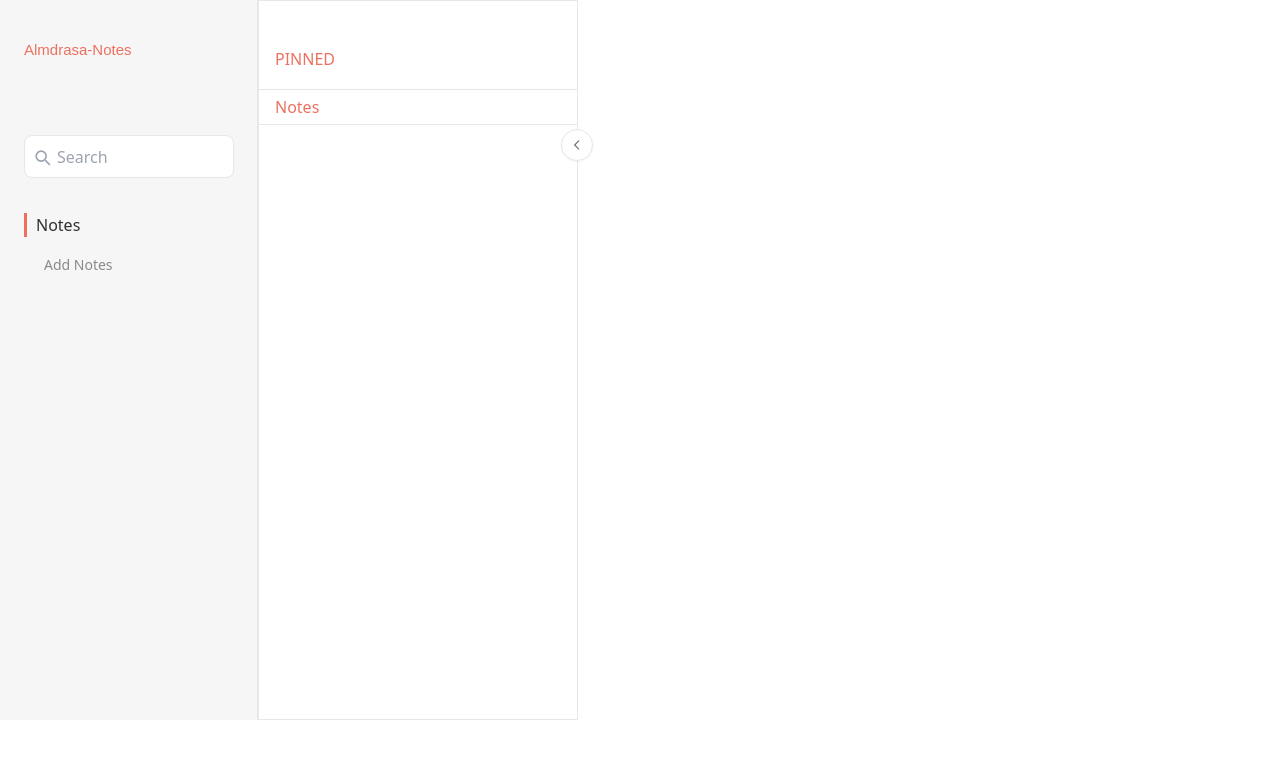
Repository: wafaa399/Note-App
Page: index.html
An editor plug-in stored every save of this project. The page is shown before and after the next save, followed by the edit.
The browser window is 1280 px wide. The pictures show the whole page.
Some web fonts or font styles are not loaded; a fallback is used. Some web libraries are served in a nearby version.

Above is the page before, as saved 2026-07-18 01:38:47.

### index.html
<!doctype html>
<html lang="en">
  <head>
    <meta charset="UTF-8" />
    <meta name="viewport" content="width=device-width, initial-scale=1.0" />
    <meta
      name="description"
      content="A notes application built with HTML, CSS, and JavaScript."
    />
    <meta name="keywords" content="notes, HTML, CSS, JavaScript" />
    <link rel="icon" href="/img/Logo.png" type="image/png" />
    <title>Note App</title>
    <script src="https://cdn.tailwindcss.com"></script>
    <link rel="preconnect" href="https://fonts.googleapis.com" />
    <link rel="preconnect" href="https://fonts.gstatic.com" crossorigin />
    <link
      href="https://fonts.googleapis.com/css2?family=Aclonica&display=swap"
      rel="stylesheet"
    />

    <script>
      tailwind.config = {
        theme: {
          extend: {
            fontFamily: {
              aclonica: ["Aclonica", "sans-serif"],
            },
          },
        },
      };
    </script>
  </head>
  <script
    type="module"
    src="https://unpkg.com/ionicons@7.1.0/dist/ionicons/ionicons.esm.js"
  ></script>

  <script
    nomodule
    src="https://unpkg.com/ionicons@7.1.0/dist/ionicons/ionicons.js"
  ></script>


  <body class="bg-gray-100 h-screen overflow-hidden text-sm text-gray-800">
    <div class="flex h-screen w-screen relative">
      <!--------SIDEBAR -------->
      <aside
        id="sidebar"
        class="bg-[#F6F6F6] border-r border-gray-200 flex-shrink-0 overflow-hidden pl-6 pt-10"
        style="width: 16.125rem"
      >
        <div class="w-[8.375rem] h-[1.0625rem]">
          <h1
            class="font-aclonica text-[0.9375rem] text-[#EC7160] font-normal mb-[4.7rem]"
          >
            Almdrasa-Notes
          </h1>

        <div class="relative mb-5 w-[13.125rem] h-[2.6875rem]">
  <input
    type="text"
    placeholder="Search"
    class="w-full h-full text-[1rem] border border-[#E7E7E9] rounded-lg pl-8 py-2 outline-none focus:ring-1 focus:ring-red-400"
  />

  <svg
    class="w-5 h-5 text-gray-400 absolute left-2 top-1/2 -translate-y-1/2"
    fill="none"
    stroke="currentColor"
    viewBox="0 0 24 24"
  >
    <path
      stroke-linecap="round"
      stroke-linejoin="round"
      stroke-width="2"
      d="M21 21l-4.35-4.35M17 11a6 6 0 11-12 0 6 6 0 0112 0z"
    />
  </svg>
       </div>
       <div class="space-y-2">
        <button
    data-view="notes"
    class="nav-item relative w-full h-[3.3rem]  pl-3 rounded text-[1rem] font-medium text-[#303030] flex items-center"
  >
    <span
      class="absolute left-0 top-1/2 -translate-y-1/2 w-[.2rem] h-[1.5rem] bg-[#EC7160]  "
    ></span>
    Notes
  </button>

  <button
    data-view="add"
    class="nav-item w-full h-3 text-left pl-5 rounded text-[#898989] flex items-center hover:bg-gray-50"
  >
    Add Notes
  </button>
      </div>
      </aside>

      <!--============NOTES LIST============ -->





<section class="relative w-80 flex-shrink-0 border border-[#E7E7E9] bg-white text-[#EC7160] h-full">
    <div class="h-full overflow-y-auto overflow-x-hidden px-4 pt-12">
      <div class="mb-1">
        <p class="text-[1rem] font-normal mb-2">PINNED</p>
        <div id="pinnedList" class="space-y-1"></div>
      </div>

      <div class="mt-5">
        <div class="-mx-4 h-[36px] border-y border-[#E7E7E9] flex items-center">
          <p class="px-4 text-[1rem] font-normal">Notes</p>
        </div>
        <div id="notesList" class="space-y-1"></div>
      </div>
    </div>

    <button id="toggleBtn"
      class="absolute top-32 right-0 translate-x-1/2 z-20 w-8 h-8 bg-white border border-[#E7E7E9] rounded-full flex items-center justify-center shadow-sm hover:bg-gray-50 transition-all">
      <svg id="toggleIcon" class="w-3.5 h-3.5 text-gray-500 transition-transform" fill="none" stroke="currentColor" viewBox="0 0 24 24">
        <path stroke-linecap="round" stroke-linejoin="round" stroke-width="2" d="M15 19l-7-7 7-7" />
      </svg>
    </button>
  </section>

  <!-- ============ NOTE DETAIL ============ -->
  <main class="flex-1 overflow-y-auto bg-white">
    <div id="detailView" class="max-w-2xl mx-auto p-8"></div>
  </main>

    </div>
      <main class="flex-1 overflow-y-auto bg-white">
        <div id="detailView" class="max-w-2xl mx-auto p-8"></div>
      </main>
    </div>
  </body>
</html>

After the next save:
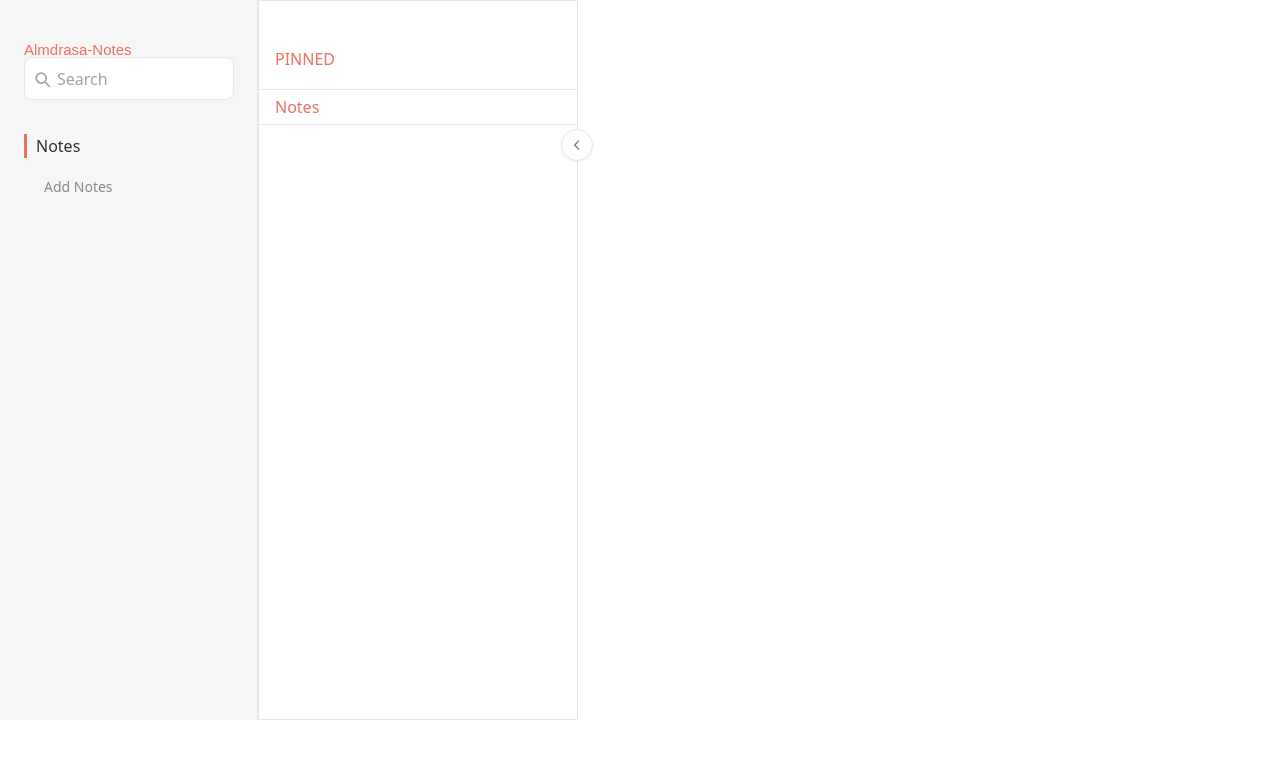
Saved 86 s later.
--- a/index.html
+++ b/index.html
@@ -55,6 +55,7 @@
           >
             Almdrasa-Notes
           </h1>
+          </div>
 
         <div class="relative mb-5 w-[13.125rem] h-[2.6875rem]">
   <input
@@ -79,21 +80,22 @@
        </div>
        <div class="space-y-2">
         <button
-    data-view="notes"
-    class="nav-item relative w-full h-[3.3rem]  pl-3 rounded text-[1rem] font-medium text-[#303030] flex items-center"
-  >
-    <span
-      class="absolute left-0 top-1/2 -translate-y-1/2 w-[.2rem] h-[1.5rem] bg-[#EC7160]  "
-    ></span>
-    Notes
-  </button>
+        data-view="notes"
+        class="nav-item relative w-full h-[3.3rem]  pl-3 rounded text-[1rem] font-medium text-[#303030] flex items-center"
+        >
+        <span
+        class="absolute left-0 top-1/2 -translate-y-1/2 w-[.2rem] h-[1.5rem] bg-[#EC7160]  "
+        ></span>
+        Notes
+        </button>
 
-  <button
-    data-view="add"
-    class="nav-item w-full h-3 text-left pl-5 rounded text-[#898989] flex items-center hover:bg-gray-50"
-  >
-    Add Notes
-  </button>
+        <button
+        data-view="add"
+        class="nav-item w-full h-3 text-left pl-5 rounded text-[#898989] flex items-center hover:bg-gray-50"
+        >
+        Add Notes
+
+        </button>
       </div>
       </aside>
 

After the save that followed:
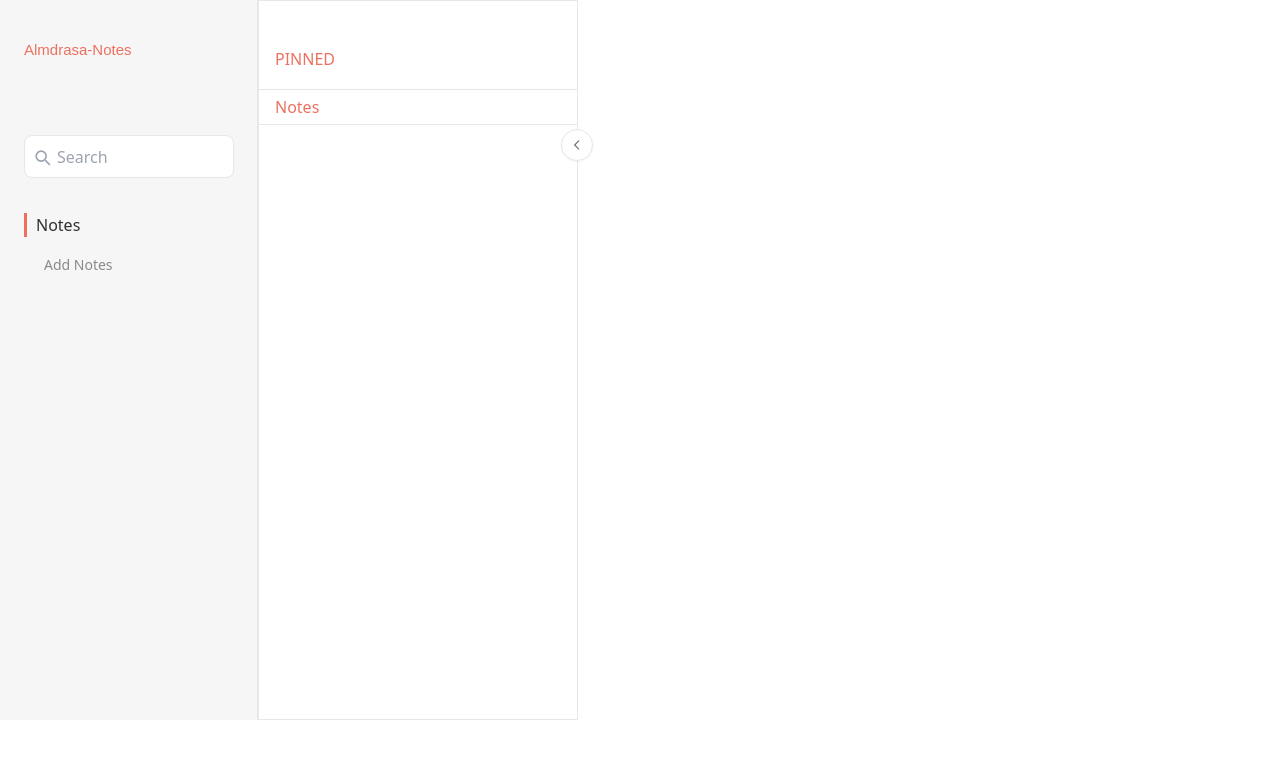
Saved 2 min 6 s later.
--- a/index.html
+++ b/index.html
@@ -55,28 +55,26 @@
           >
             Almdrasa-Notes
           </h1>
-          </div>
+
 
         <div class="relative mb-5 w-[13.125rem] h-[2.6875rem]">
-  <input
-    type="text"
-    placeholder="Search"
-    class="w-full h-full text-[1rem] border border-[#E7E7E9] rounded-lg pl-8 py-2 outline-none focus:ring-1 focus:ring-red-400"
-  />
-
-  <svg
-    class="w-5 h-5 text-gray-400 absolute left-2 top-1/2 -translate-y-1/2"
-    fill="none"
-    stroke="currentColor"
-    viewBox="0 0 24 24"
-  >
-    <path
-      stroke-linecap="round"
-      stroke-linejoin="round"
-      stroke-width="2"
-      d="M21 21l-4.35-4.35M17 11a6 6 0 11-12 0 6 6 0 0112 0z"
-    />
-  </svg>
+          <input
+          type="text"
+          placeholder="Search"
+          class="w-full h-full text-[1rem] border border-[#E7E7E9] rounded-lg pl-8 py-2 outline-none focus:ring-1 focus:ring-red-400"
+          />
+          <svg
+          class="w-5 h-5 text-gray-400 absolute left-2 top-1/2 -translate-y-1/2"
+          fill="none"
+          stroke="currentColor"
+          viewBox="0 0 24 24">
+          <path
+          stroke-linecap="round"
+          stroke-linejoin="round"
+          stroke-width="2"
+          d="M21 21l-4.35-4.35M17 11a6 6 0 11-12 0 6 6 0 0112 0z"
+          />
+          </svg>
        </div>
        <div class="space-y-2">
         <button
